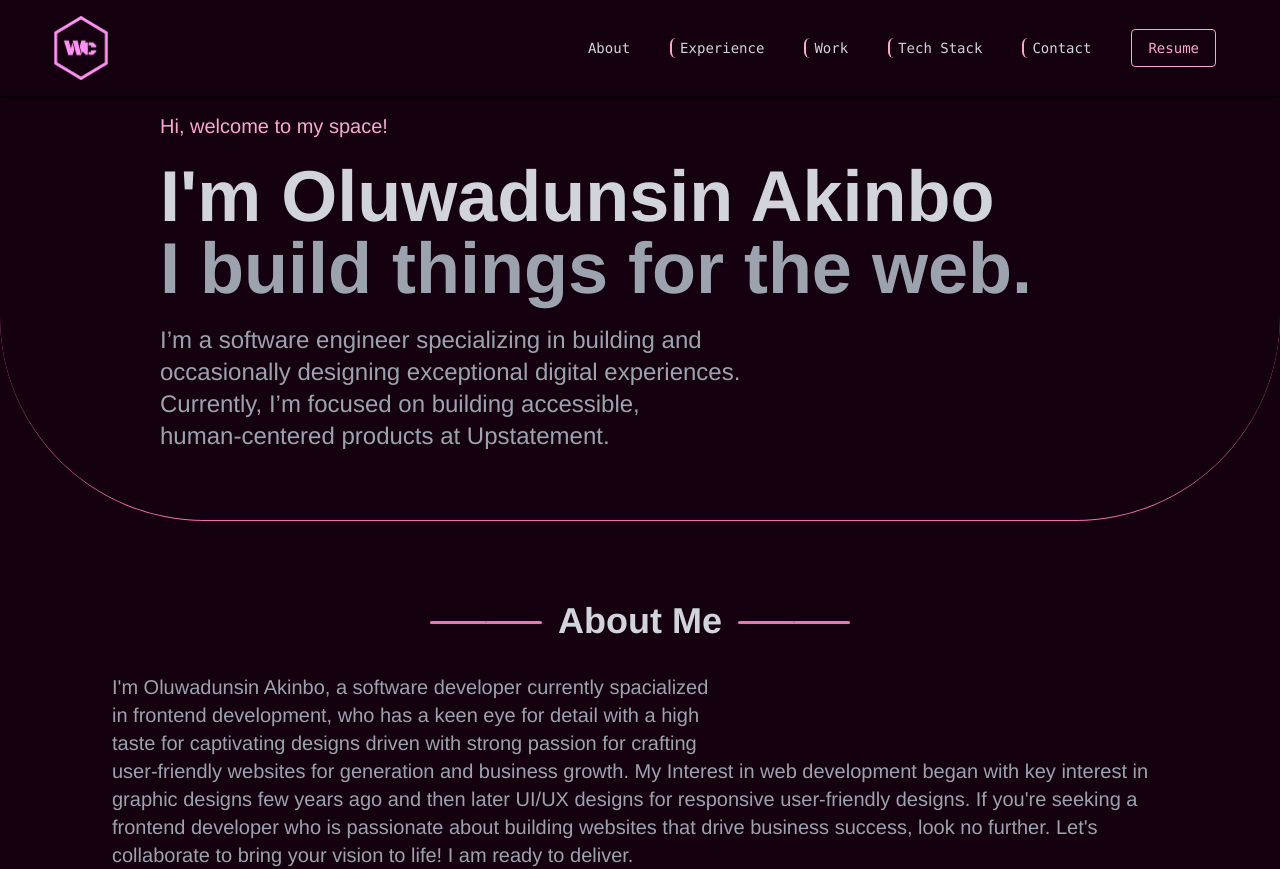
Repository: EmmyDunny1/myPortfolio
Page: / (app in MyPortfolio/)
These files come from the project's save history. The page is drawn as it stood at one moment and after the next save; the edit follows.
The browser window is 1280 px wide. The pictures show the whole page.
The project was rebuilt for these pictures with package versions that can differ from the ones it lists, and the page was loaded fresh each time. Also part of the build but not shown: MyPortfolio/vite.config.js.

Above is the page before, as saved 2025-01-14 11:18:42.

After the next save:
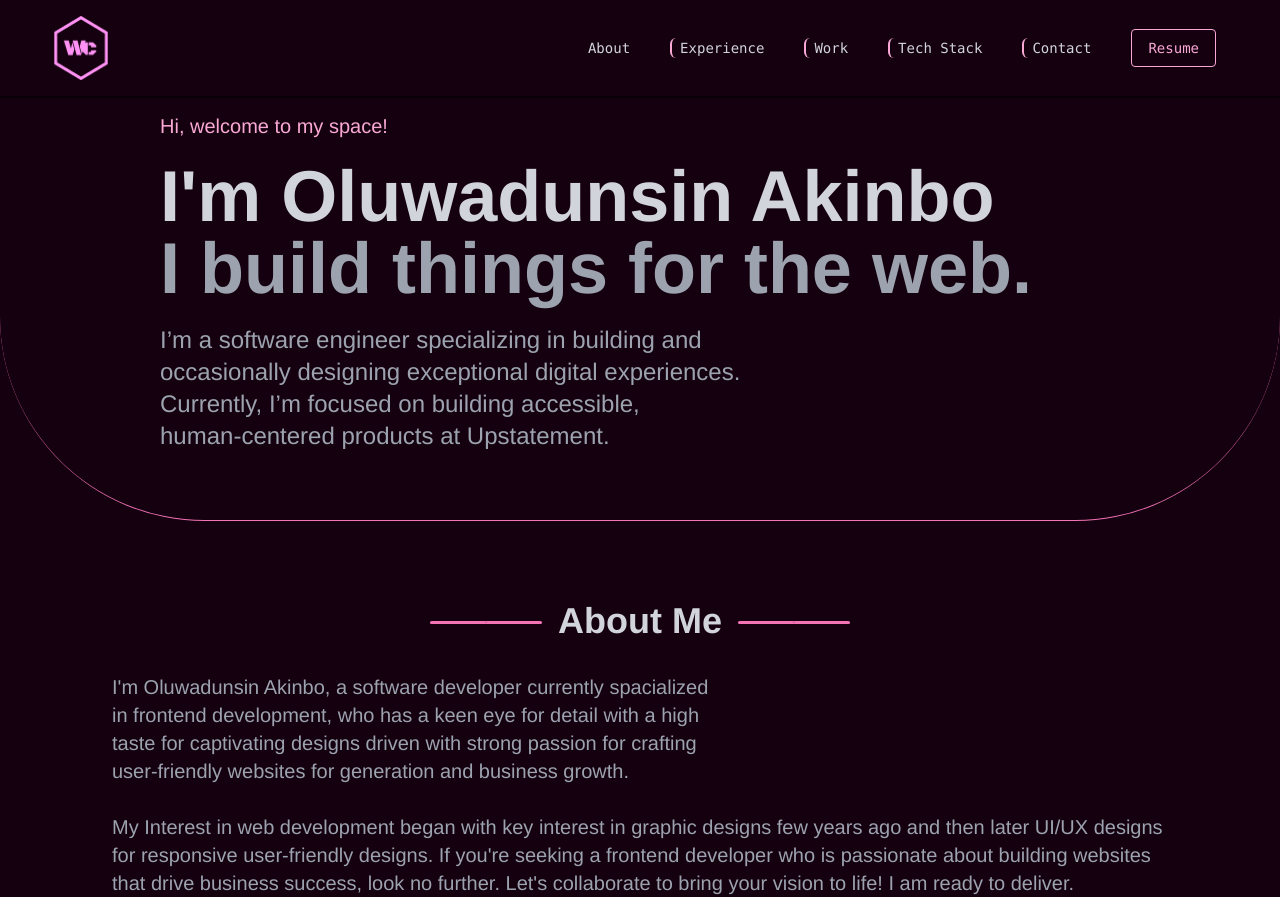
Saved 13 s later.
--- a/MyPortfolio/src/components/AboutMe.jsx
+++ b/MyPortfolio/src/components/AboutMe.jsx
@@ -13,6 +13,7 @@ const AboutMe = () => {
     <div className='flex'>
         <div className=''>
             <p className='text-gray-400 text-xl'>I'm Oluwadunsin Akinbo, a software developer currently spacialized <br />in frontend development, who has a keen eye for detail with a high <br />taste for captivating designs driven with strong passion for crafting <br />user-friendly websites for generation and business growth.
+            <br /><br />
 
                My Interest in web development began with key interest in graphic designs few years ago and then later UI/UX designs for responsive user-friendly designs.
 
